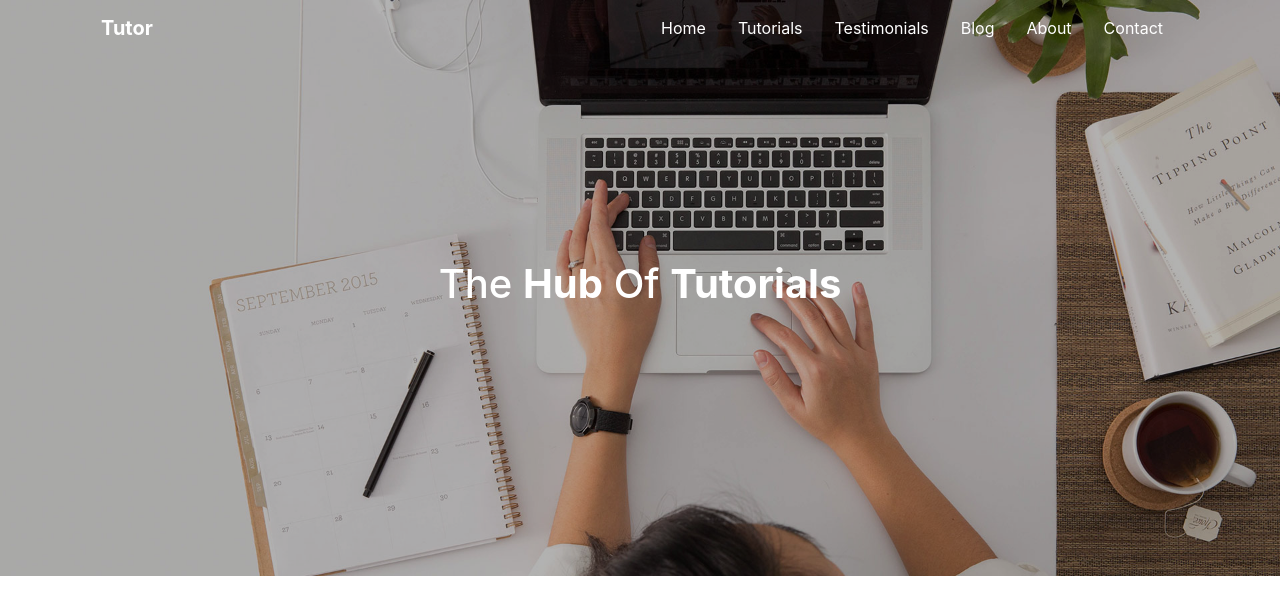
Repository: longvh2003/Tutor
Page: Views/home.html
These files come from the project's save history. The page is drawn as it stood at one moment and after the next save; the edit follows.
The browser window is 1280 px wide. The pictures show the whole page.
Some web libraries are served in a nearby version.

Above is the page before, as saved 2020-08-12 16:21:42.

### Views/home.html
<html lang="en">

<head>
    <meta charset="UTF-8">
    <meta name="viewport" content="width=device-width, initial-scale=1.0">
    <title>Home</title>
    <link rel="stylesheet" href="https://stackpath.bootstrapcdn.com/bootstrap/4.5.2/css/bootstrap.min.css"
        integrity="sha384-JcKb8q3iqJ61gNV9KGb8thSsNjpSL0n8PARn9HuZOnIxN0hoP+VmmDGMN5t9UJ0Z" crossorigin="anonymous">
    <link rel="stylesheet" href="https://use.fontawesome.com/releases/v5.12.0/css/all.css"
        integrity="sha384-REHJTs1r2ErKBuJB0fCK99gCYsVjwxHrSU0N7I1zl9vZbggVJXRMsv/sLlOAGb4M" crossorigin="anonymous" />
    <link rel="stylesheet" href="../Css/home.css">
</head>

<body>
    <section class="header">
        <div class="opacity"></div>
        <div class="container">
            <nav class="navbar navbar-light">
                <a class="navbar-brand text-white" href="#"><strong>Tutor</strong></a>
                <ul class="nav justify-content-center">
                    <li class="nav-item">
                        <a class="nav-link text-white" href="#">Home</a>
                    </li>
                    <li class="nav-item">
                        <a class="nav-link text-white" href="#">Tutorials</a>
                    </li>
                    <li class="nav-item">
                        <a class="nav-link text-white" href="#">Testimonials</a>
                    </li>
                    <li class="nav-item">
                        <a class="nav-link text-white" href="#">Blog</a>
                    </li>
                    <li class="nav-item">
                        <a class="nav-link text-white" href="#">About</a>
                    </li>
                    <li class="nav-item">
                        <a class="nav-link text-white" href="#">Contact</a>
                    </li>
                </ul>
            </nav>
            <div class="title-header">
                <h1 class="text-white">The <strong>Hub</strong> Of <strong>Tutorials</strong></h1>
            </div>
        </div>
    </section>
</body>

</html>

### Css/home.css
body {
  font-family: "Raleway", -apple-system, BlinkMacSystemFont, "Segoe UI", Roboto,
    "Helvetica Neue", Arial, "Noto Sans", sans-serif, "Apple Color Emoji",
    "Segoe UI Emoji", "Segoe UI Symbol", "Noto Color Emoji";
}
.header{
    background: url(../Image/hero_bg.jpg) no-repeat center center;
    height: 36rem;
    background-size: cover;
}
.opacity{
    position: absolute;
    width: 100%;
    height: 36rem;
    background: rgba(0, 0, 0, 0.3);
}
.title-header{
    position: absolute;
    z-index: 99999;
    top: 40%;
    left: 50%;
    transform: translate(-50%,-50%);
}

After the next save:
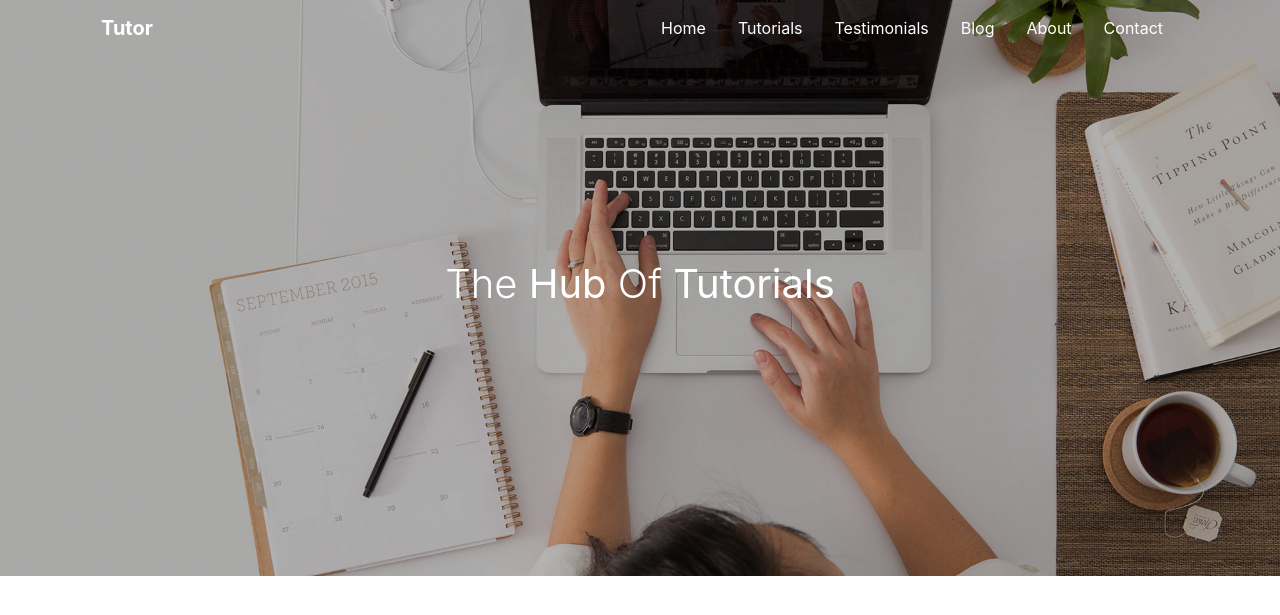
Saved 38 s later.
--- a/Css/home.css
+++ b/Css/home.css
@@ -21,3 +21,6 @@ body {
     left: 50%;
     transform: translate(-50%,-50%);
 }
+.title-header h1{
+    font-weight: 300;
+}
